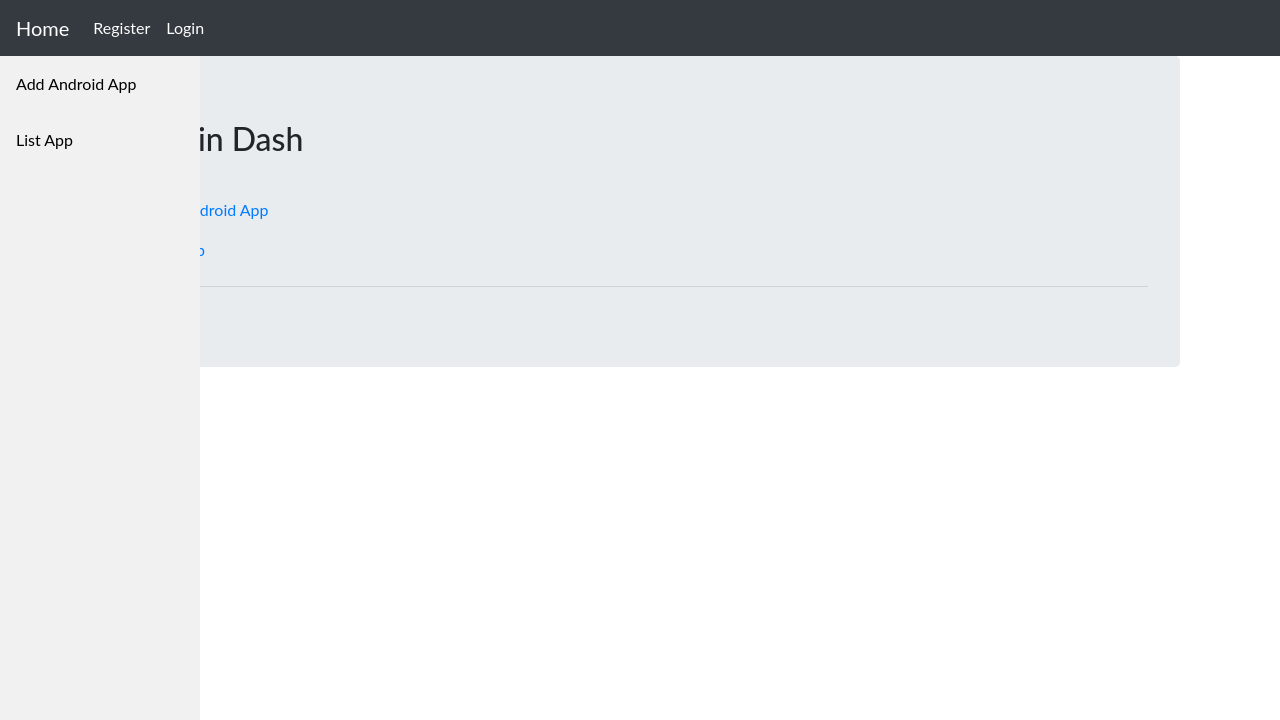
Repository: prabhat8701/nextgrowth_lab_task-main
Page: http://localhost/adminDash/
These files come from the project's save history. The page is drawn as it stood at one moment and after the next save; the edit follows.
The browser window is 1280 px wide. The pictures show the whole page.
The page is served by the project's application, run on Django 4.2 (manage.py).

Above is the page before, as saved 2023-07-31 18:33:53.

After the next save:
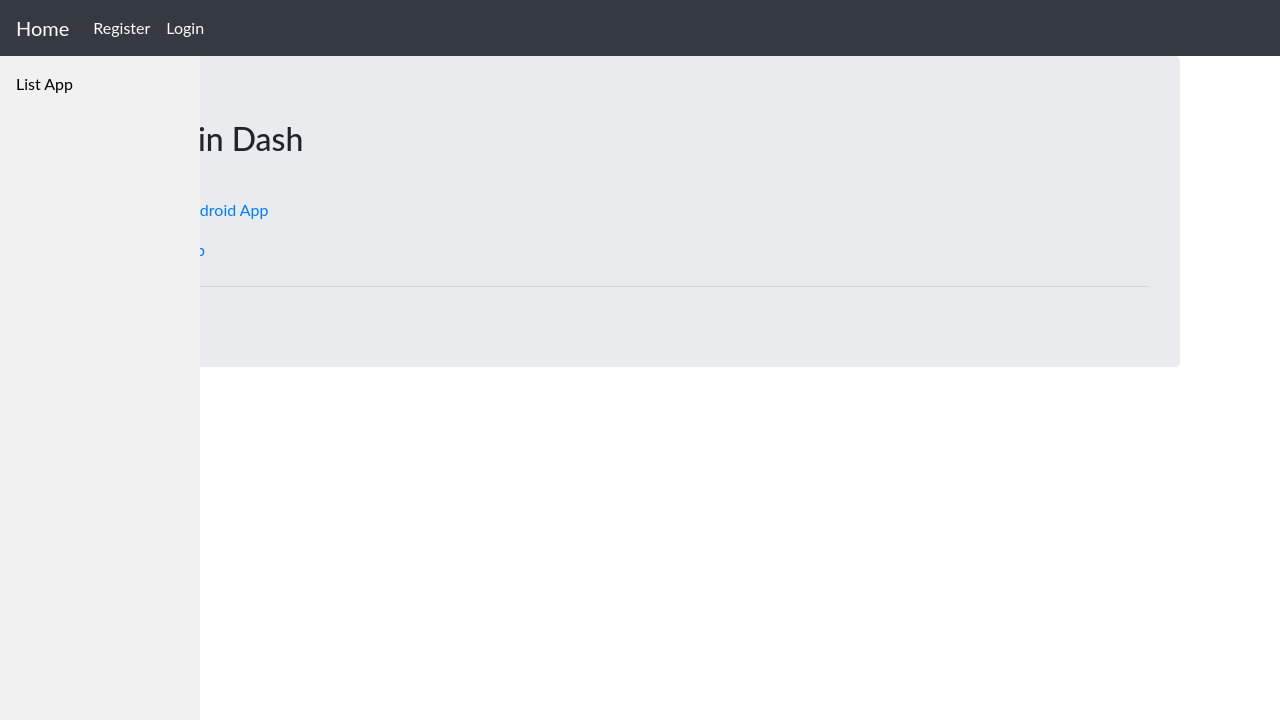
Saved 9 s later.
--- a/nextgrowAi/SET_2/next_project/templates/gradesApp/base1.html
+++ b/nextgrowAi/SET_2/next_project/templates/gradesApp/base1.html
@@ -104,8 +104,11 @@ div.content {
 
 <div class="sidebar">
   <!-- <a class="active" href="#home">Home</a> -->
+  {% if is_admin_user %}
   <a class="nav-link" href="{% url 'add_android_app' %}">Add Android App</a>
+  {% else %}
   <a class="nav-link" href="{% url 'app_list' %}">List App</a>
+  {% endif %}
   <!-- <a href="#news">News</a>
   <a href="#contact">Contact</a>
   <a href="#about">About</a> -->
